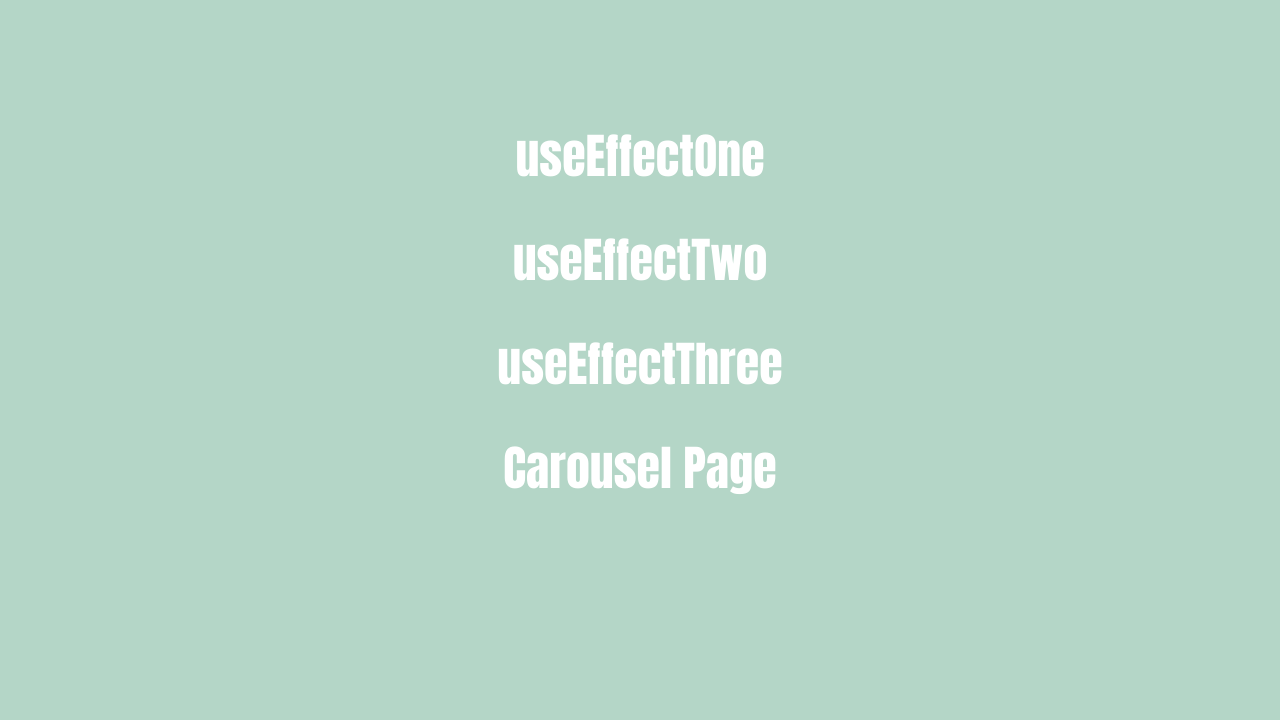
Repository: jennydmcm/useeffect-carousel
Page: /
The author's editor kept a copy of each file at every save. The page is drawn from the files as they stood at one save, then again after the next save.
The browser window is 1280 px wide. The pictures show the whole page.
The project was rebuilt for these pictures with package versions that can differ from the ones it lists, and the page was loaded fresh each time. The framework's server and built-in components were replaced by stand-ins that run in the browser. Also part of the build but not shown: next.config.js.

Above is the page before, as saved 2023-02-23 18:51:24.

### pages/index.js
import Head from 'next/head'
import styles from '@/styles/Home.module.css'
import Link from 'next/link'

export default function Home() {
  return (
    <>
      <Head>
        <title>Create Next App</title>
        <meta name="description" content="Generated by create next app" />
        <meta name="viewport" content="width=device-width, initial-scale=1" />
        <link rel="icon" href="/favicon.ico" />
      </Head>
      <main className={styles.main}>
        <Link className={styles.link} href="/useEffectOne">useEffectOne</Link>
        <Link className={styles.link} href="/useEffectTwo">useEffectTwo</Link>
        <Link className={styles.link} href="/useEffectThree">useEffectThree</Link>
        <Link className={styles.link} href="/carouselPage">Carousel Page</Link>
      </main>
    </>
  )
}

### styles/globals.css
:root {
    --background-color: #B4D6C7;
    --text-hover: #636363;
}

body {
    background-color: var(--background-color);
}

### styles/Home.module.css
.main {
  display: flex;
  flex-direction: column;
  justify-content: center;
  align-items: center;
  padding: 6rem;
  min-height: 50vh;
}

.link {
  font-family: Impact, Haettenschweiler, 'Arial Narrow Bold', sans-serif;
  font-size: 3rem;
  font-weight: lighter;
  color: white;
  text-decoration: none;
  padding: 1rem;
}

.link:hover {
  color: var(--text-hover)
}

Loaded but not shown: pages/_app.js (common file); pages/_document.js (common file)

After the next save:
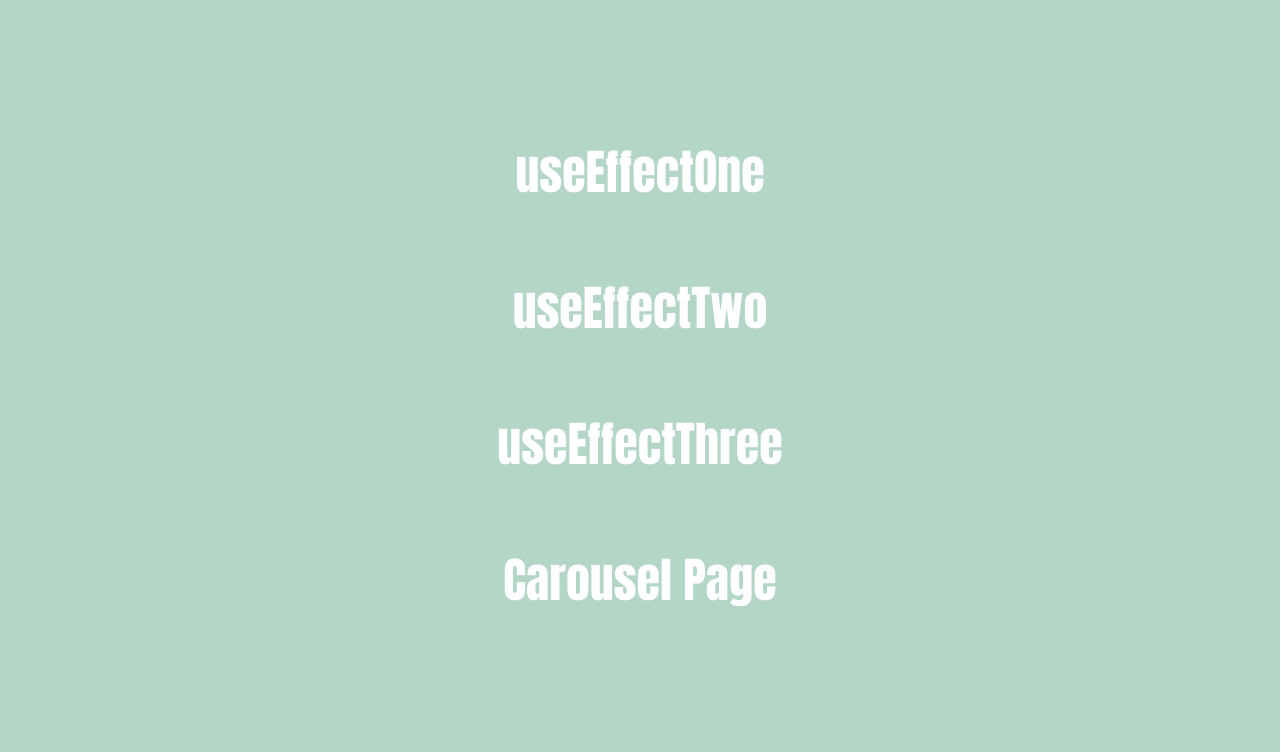
Saved 4 s later.
--- a/styles/Home.module.css
+++ b/styles/Home.module.css
@@ -13,7 +13,7 @@
   font-weight: lighter;
   color: white;
   text-decoration: none;
-  padding: 1rem;
+  padding: 2rem;
 }
 
 .link:hover {
